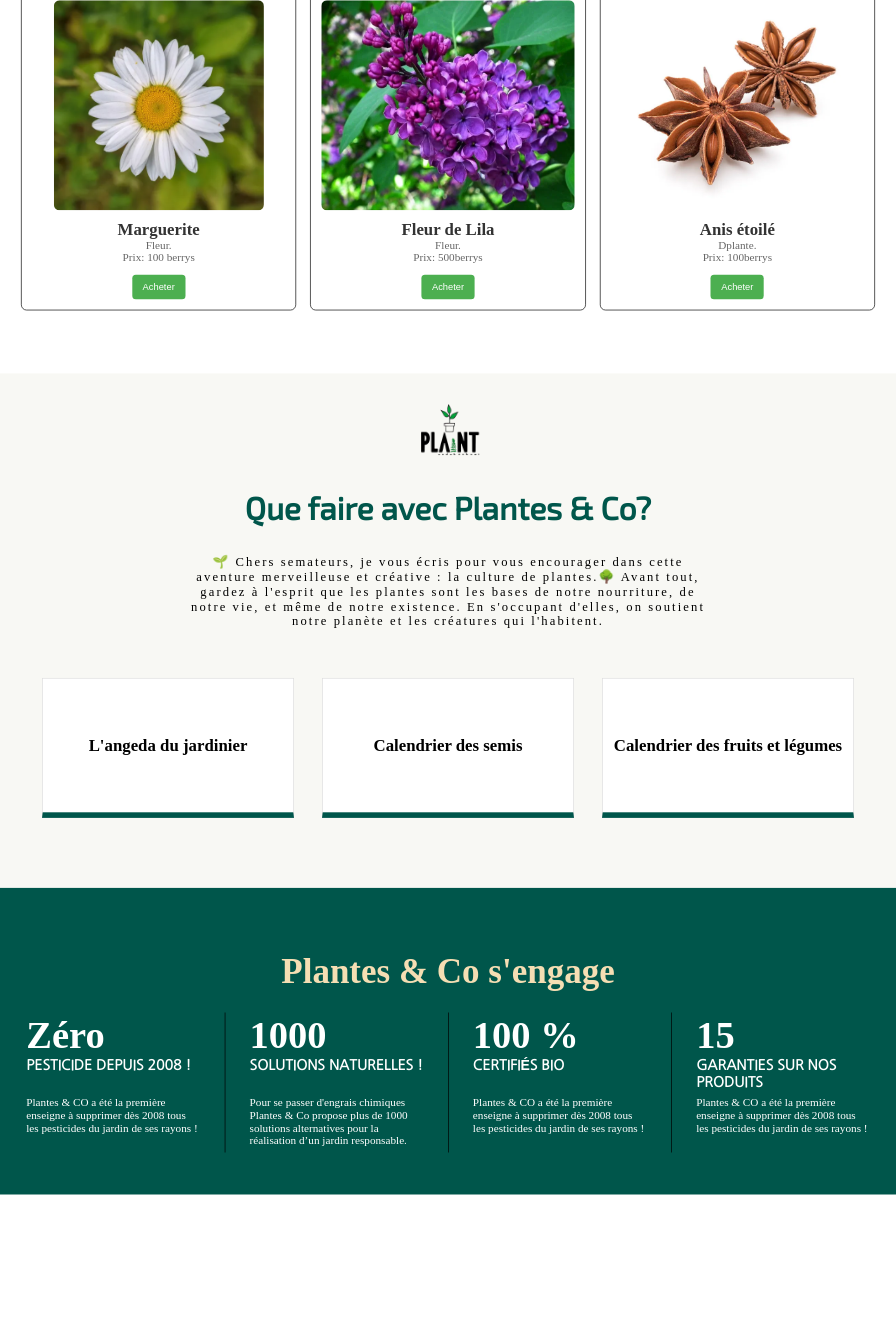
Repository: Flexo874/ISITECH-HTML-CSS
Page: index.html
An editor plug-in stored every save of this project. The page is shown before and after the next save, followed by the edit.
The browser window is 1280 px wide. The pictures show the part of the page from y = 1529 to 3449 px (the page is 3449 px tall before and 3235 px after), at 70% of full size.
Some web fonts or font styles are not loaded; a fallback is used.

Above is the page before, as saved 2024-01-04 09:50:26.

### index.html
<!DOCTYPE html>
<html>
<head>
    <title>Plantes & Co</title>
    <link rel="preconnect" href="https://fonts.googleapis.com">
<link rel="preconnect" href="https://fonts.gstatic.com" crossorigin>
<link href="https://fonts.googleapis.com/css2?family=Exo+2&family=Macondo&family=Nanum+Gothic&display=swap" rel="stylesheet">
     <link rel="stylesheet" type="text/css" href="./style.css">
     <link rel="stylesheet" type="text/css" href="./reseaux.css">
     <link rel="stylesheet" type="text/css" href="./engagement.css">
     <link rel="stylesheet" type="text/css" href="./instructions.css">
     <link rel="preconnect" href="https://fonts.googleapis.com">
     <link rel="preconnect" href="https://fonts.gstatic.com" crossorigin>
     <link href="https://fonts.googleapis.com/css2?family=Exo+2&display=swap" rel="stylesheet">
     <link rel="preconnect" href="https://fonts.googleapis.com">
     <link rel="preconnect" href="https://fonts.gstatic.com" crossorigin>
     <link href="https://fonts.googleapis.com/css2?family=Exo+2&family=Macondo&display=swap" rel="stylesheet">
</head>
<body>

    <ul>
        <li>  <img src="images/logo_render.png" alt="Logo"></li>
        <li><a href="#home">Home</a></li>
        <li><a href="#news">News</a></li>
        <li><a href="#contact">Contact</a></li>
        <li><a href="#about">About</a></li>
    </ul>

    <div class="plant-img">
        <img src="images/Step-8-If-You-Want-You-Can-Train-Your-Cannabis-Plants-To-Increase-Yield.webp">
    </div>

    <h1 > Best Sellers</h1>

    <div class="container">
            <div class="item">
                <a>
                <img src="images/semis-prêt-à-être-planté-dans-le-jardin.webp" alt="Logo">
                <p>Lorem ipsum dolor sit amet, consectetur adipiscing elit, sed do eiusmod tempor incididunt ut labore et dolore magna aliqua. Ut enim ad minim veniam, quis nostrud exercitation ullamco laboris nisi ut aliquip ex ea commodo consequat. Duis aute irure dolor in reprehenderit in voluptate velit esse cillum dolore eu fugiat nulla pariatur. Excepteur sint occaecat cupidatat non proident, sunt in culpa qui officia deserunt mollit anim id est laborum.</p>
                </a>
            </div>
            <div class="item">
                <a>
                <img src="images/semis-prêt-à-être-planté-dans-le-jardin.webp" alt="Logo">
                <p>Lorem ipsum dolor sit amet, consectetur adipiscing elit, sed do eiusmod tempor incididunt ut labore et dolore magna aliqua. Ut enim ad minim veniam, quis nostrud exercitation ullamco laboris nisi ut aliquip ex ea commodo consequat. Duis aute irure dolor in reprehenderit in voluptate velit esse cillum dolore eu fugiat nulla pariatur. Excepteur sint occaecat cupidatat non proident, sunt in culpa qui officia deserunt mollit anim id est laborum.</p>
                </a>
            </div>
            <div class="item">
                <a>
                <img src="images/semis-prêt-à-être-planté-dans-le-jardin.webp" alt="Logo">
                <p>Lorem ipsum dolor sit amet, consectetur adipiscing elit, sed do eiusmod tempor incididunt ut labore et dolore magna aliqua. Ut enim ad minim veniam, quis nostrud exercitation ullamco laboris nisi ut aliquip ex ea commodo consequat. Duis aute irure dolor in reprehenderit in voluptate velit esse cillum dolore eu fugiat nulla pariatur. Excepteur sint occaecat cupidatat non proident, sunt in culpa qui officia deserunt mollit anim id est laborum.</p>
                </a>
            </div>
    </div>

    <section class="produits">
        <div class="produit">
            <img src="images/Leucanthemum_vulgare.webp" alt="Produit 1">
            <h3>Marguerite</h3>
            <p>Fleur.</p>
            <p>Prix: 100 berrys</p>
            <button>Acheter</button>
        </div>
        <div class="produit">
            <img src="images/1676375528_249_Belle-signification-et-symbolisme-de-la-couleur-de-la-fleur.webp" alt="Produit 1">
            <h3>Fleur de Lila</h3>
            <p>Fleur.</p>
            <p>Prix: 500berrys </p>
            <button>Acheter</button>
        </div>
        <div class="produit">
            <img src="images/anis-étoilé-spice-de-fruits-et-de-graines-isolé-sur-fond-blanc.webp" alt="Produit 1">
            <h3>Anis étoilé</h3>
            <p>Dplante.</p>
            <p>Prix: 100berrys</p>
            <button>Acheter</button>
        </div>
    </section>

    <section class="instructions">
        <div class="logo">
        <img src="images/logo_render.png" alt="Logo">
        </div>
        <div class="titre">
            <h2>Que faire avec Plantes & Co?</h2>
        </div>
        <div class="description">
            <p>🌱 Chers semateurs, je vous écris pour vous encourager dans cette aventure
                 merveilleuse et créative : la culture de plantes.🌳 Avant tout, gardez à l'esprit que les plantes sont les bases de notre nourriture, de notre vie, et même de notre existence. En s'occupant d'elles, on soutient notre planète et les créatures qui l'habitent.</p>
          </div>
        <div class="categories">
            <div class="calendar">
                <h3>L'angeda du jardinier</h3>
            </div>
            <div class="calendar">
                <h3>Calendrier des semis</h3>
            </div>
            <div class="calendar">
                <h3>Calendrier des fruits et légumes</h3>
            </div>
        </div>
    </section>

    <section class="engagement">
        <div class="titre2">
            <h2>Plantes & Co s'engage</h2>
        </div>
        <div class="cat">
            <div class="eng">
                <div class="titre-pesticide">
                    <h3>Zéro</h3>
                    <h4>PESTICIDE DEPUIS 2008 !</h4>
                </div>
                <div class="test">
                    <p>Plantes & CO a été la première enseigne à supprimer dès 2008 tous les pesticides du jardin de ses rayons !</p>
                </div>
             </div>
            <div class="separator"></div>
            <div class="eng">
                <div class="titre-pesticide">
                <h3>1000</h3>
                <h4>SOLUTIONS NATURELLES !</h4>
            </div>
                <div class="test">
                <p>Pour se passer d'engrais chimiques Plantes & Co propose plus de 1000 solutions alternatives pour la réalisation d’un jardin responsable.</p>
            </div>
            </div>
            <div class="separator"></div>
            <div class="eng">
                <div class="titre-pesticide">
                <h3>100 %</h3>
                <h4>CERTIFIÉS BIO</h4>
            </div>
                <div class="test">
                <p>Plantes & CO a été la première enseigne à supprimer dès 2008 tous les pesticides du jardin de ses rayons !</p>
            </div>
            </div>
            <div class="separator"></div>

            <div class="eng">
                <div class="titre-pesticide">
                <h3>15</h3>
                <h4>GARANTIES SUR NOS PRODUITS</h4>
            </div>
                <div class="test">
                <p>Plantes & CO a été la première enseigne à supprimer dès 2008 tous les pesticides du jardin de ses rayons !</p>
            </div>
            </div>
        </div>
    </section>

    <section class="reseaux">
        <div class="container">

        </div>
    </section>





</body>
</html>

### style.css
* {
  margin: 0;
  padding: 0;
}
ul {
  list-style-type: none;
  margin: 0;
  padding: 0;
  overflow: hidden;
  background-image: linear-gradient(
    109.6deg,
    rgba(61, 131, 97, 1) 11.2%,
    rgba(28, 103, 88, 1) 91.1%
  );
  display: flex;
  list-style: none;
  box-sizing: border-box;
  justify-content: left;
}

li img {
  width: 50px;
  height: auto;
  vertical-align: middle;
}

li {
  position: relative;
  margin-left: 20px;
}

li a {
  display: block;
  color: white;
  text-align: center;
  padding: 18px 16px;
  text-decoration: none;
  font-size: 15px;
  transition: 0.4s ease-in-out;
  position: center;
  font-family: "Noto Mono", monospace;
}

li a:hover {
  background-color: #00564B;
  border-radius: 5px;
  transform: scale(1.2);
}

.plant-img img {
  width: 100%;
  height: 600px;
  object-fit: cover;
  overflow: hidden;
}

h1 {
  padding: 40px;
  padding-bottom: 0;
  margin-bottom: 0;
  margin-top: 60px;
  text-align: center;
  font-weight: bold;
  font-size: 60px;
}

.container {
  display: flex;
  grid-template-columns: repeat(3, 1fr);
  grid-auto-rows: minmax(300px, auto);
  gap: 10px;
  padding: 10px;
  margin-top: 0;
  margin: 8%;
  padding-top: 0;
}

.item {
  align-items: center;
  justify-content: center;
  border-radius: 10px;
  display: flex;
  justify-content: center;
  align-items: center;
  background-color: #556b2f;
}

.item a {
  margin: 7px;
}

.item a:hover {
  color: white;
}

.item img {
  max-width: 100%;
  height: auto;
}

.item p {
  margin-top: 10px;
  text-align: center;
  color: white;
  font-family: "Noto Mono", monospace;
  font-size: 14px;
}

.produits {
  display: flex;
  flex-wrap: wrap;
  justify-content: space-around;
  padding: 20px;
}

.produit {
  background-color: #fff;
  border: 1px solid #ddd;
  border-radius: 8px;
  border-color: #111;
  margin: 10px;
  padding: 15px;
  text-align: center;
  transition: transform 0.3s ease-in-out;
  width: calc(33.33% - 20px);
  box-sizing: border-box;


}

.produit:hover {
  transform: scale(1.05);
}

.produit img {
  max-width: 100%;
  height: 300px;
  border-radius: 8px;
}

.produit h3 {
  margin-top: 10px;
  font-size: 1.5em;
  color: #333;
}

.produit p {
  color: #666;
}

.produit button {
  background-color: #4caf50;
  color: #fff;
  padding: 10px 15px;
  border: none;
  border-radius: 5px;
  cursor: pointer;
  margin-top: 15px;
}

.produit button:hover {
  background-color: #45a049;
}

### reseaux.css
.reseaux{
    width: 100%;
    display: ;
    background-color:white;
}

### engagement.css
.engagement{
    padding: 20px ;

    background-color:#00564B;
}

.titre2{
    margin-top: 70px;
    text-align: center  ;
}
.engagement > .titre2 h2{
    font-family: 'Exo 2', sans-serif;
    font-family: 'Macondo', cursive;
    color:wheat;
    font-size: 50px;
}

.cat{
    display: flex;
    flex-wrap: wrap;
    justify-content: space-around;
    align-items: top;
    width: 100%;
    margin-top: 30px;
    margin-bottom: 20px;
    text-align:left;
    flex-direction:row;
    border-color: 8px solid black;


}

.test {
    display: flex;
    align-items:baseline;
    height: 100px;
}

.titre-pesticide {
    height: 120px;
}

.eng {
    width: 20%;
}

.eng h3{
    font-size: 55px;
    color:white;
    display: block;
}

.eng h4{
    font-size: 20px;
    color:white;
    margin-bottom: 30px;
    font-family: 'Exo 2', sans-serif;
    font-family: 'Macondo', cursive;
    font-family: 'Nanum Gothic', sans-serif;
    display: block;
}

.eng p{
    color:white;
}

.separator{
    height: 200px;
    width: 1px;
    background-color: black;
}

### instructions.css
.instructions{
    padding: 20px ;
    margin-top: 60px;
    background-color:#F8F8F4;

}

.logo{
    display: flex;
    justify-content: center;
    align-items:center;
}

.logo img {
    width: 10%;

}



 .titre {
  margin-top: 20px;
  text-align: center;
  font-weight: bold;
  color:#00564B;
  font-size: 30px;
  width: 100%;
}

.titre h2{
    font-family: 'Exo 2', sans-serif;
}

.description{
    display: flex;
    margin: 40px;
    text-align: center;
    margin-left: 20%;
    margin-right: 20%;
}

.description p{
    letter-spacing: 3px;
    font-size: 18px;

}


.categories{
    display: flex;
    flex-wrap: wrap;
    justify-content: space-around;
    padding: 20px;
    align-items: center;

    margin-top: 30px;
    margin-bottom: 50px;
}

.calendar{
    background-color: #fff;
  border: 1px solid #ddd;


  margin: 10px;
  padding: 15px;
  text-align: center;
  transition: transform 0.3s ease-in-out;
  width: calc(33.33% - 20px);
  box-sizing: border-box;
  height: 200px;
  width: 30%;
  display: flex;
  flex-direction: column;
  justify-content: space-around;
  border-bottom: solid 8px #00564B;
  transition: border 200ms ease-in-out;
}

.calendar:hover {
    border: solid 8px #00564B;
}

.calendar > h3 {
    font-size: 24px;

}

After the next save:
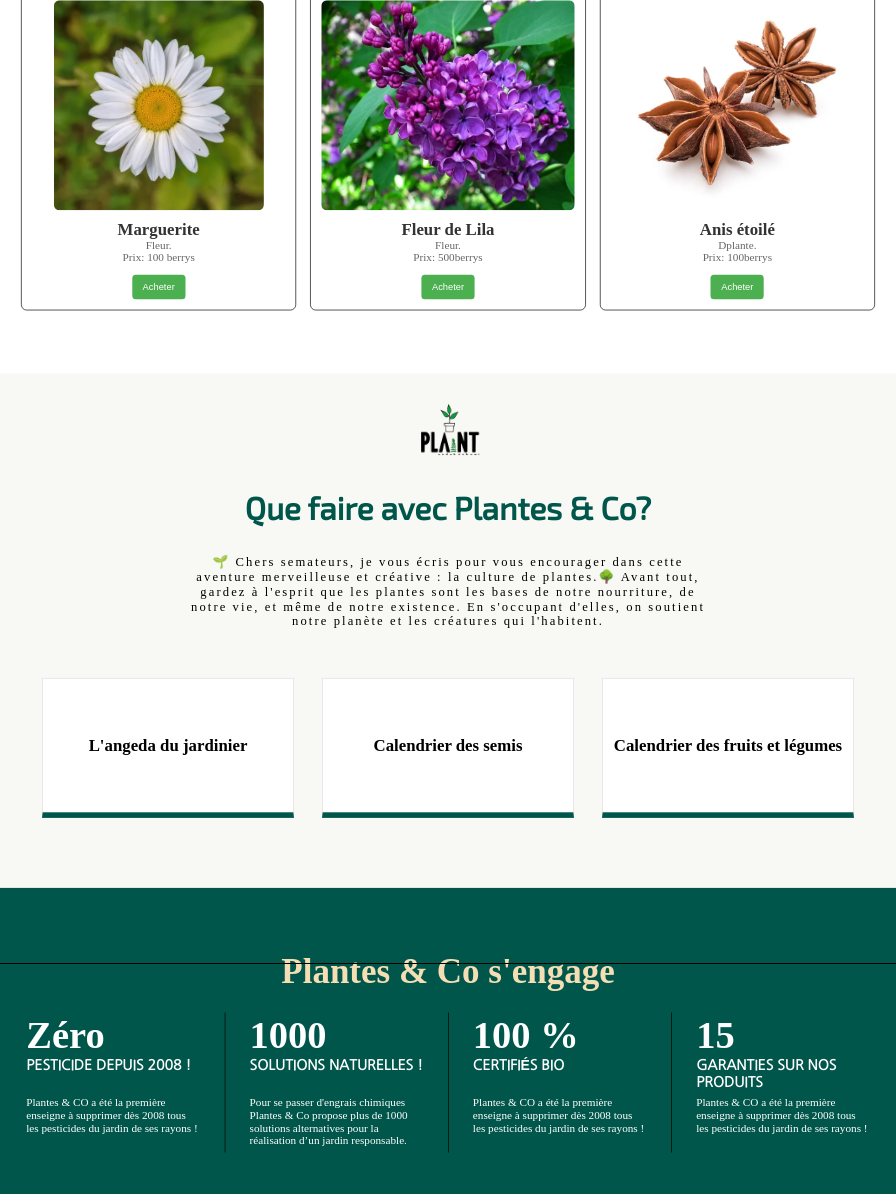
Saved 4 min 27 s later.
--- a/index.html
+++ b/index.html
@@ -149,11 +149,9 @@
         </div>
     </section>
 
-    <section class="reseaux">
-        <div class="container">
+    <footer>
 
-        </div>
-    </section>
+    </footer>
 
 
 
